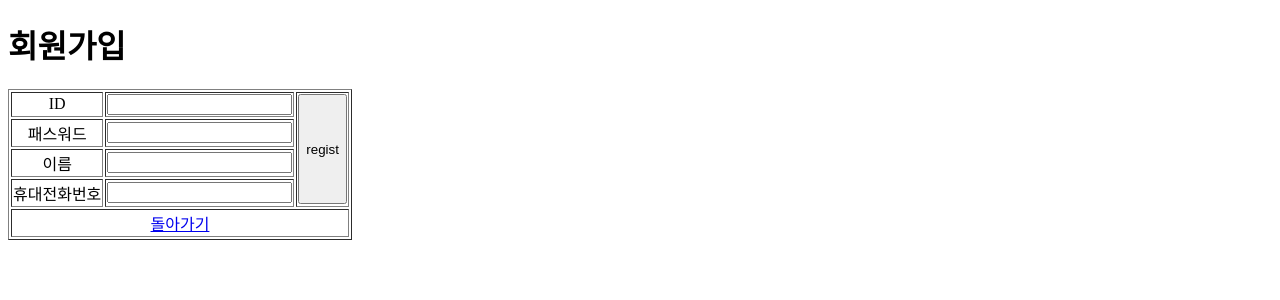
Repository: wake45/Web_Programming_Project
Page: Web_기말프로젝트_20145150_이상욱/Project/WebContent/regist.html
These files come from the project's save history. The page is drawn as it stood at one moment and after the next save; the edit follows.
The browser window is 1280 px wide. The pictures show the whole page.

Above is the page before, as saved 2018-06-15 04:13:01.

### Web_기말프로젝트_20145150_이상욱/Project/WebContent/regist.html
<!DOCTYPE html>
<html>
<head>
<meta charset="EUC-KR">
<title>회원가입</title>
</head>
<body>
<h1>회원가입</h1>
<form method=post action=login.jsp>
	<table border=collapse>
		<tr>
			<td align="center">ID
			<td> <input type=text name=id>
			<td rowspan="4" align="center"><input type=submit value=regist style="height: 110px;"></td>
		<tr>
			<td align="center">패스워드
			<td><input type=password name=password>
		<tr>
			<td align="center">이름
			<td><input type=text name=name>
		<tr>
		 	<td align="center">휴대전화번호
			<td><input type=text name=number>
		<tr>
	<td colspan="4" align="center">
	<a href="login.html">돌아가기</a>
	</tr>
	</table>
</body>
</html>

After the next save:
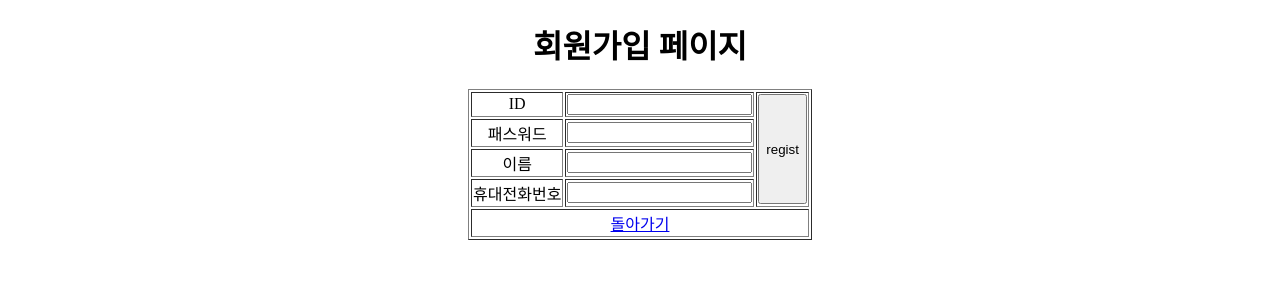
Saved 44 s later.
--- a/Web_기말프로젝트_20145150_이상욱/Project/WebContent/regist.html
+++ b/Web_기말프로젝트_20145150_이상욱/Project/WebContent/regist.html
@@ -5,7 +5,8 @@
 <title>회원가입</title>
 </head>
 <body>
-<h1>회원가입</h1>
+<center>
+<h1>회원가입 페이지</h1>
 <form method=post action=login.jsp>
 	<table border=collapse>
 		<tr>
@@ -26,5 +27,7 @@
 	<a href="login.html">돌아가기</a>
 	</tr>
 	</table>
+	</form>
+	</center>
 </body>
 </html>
